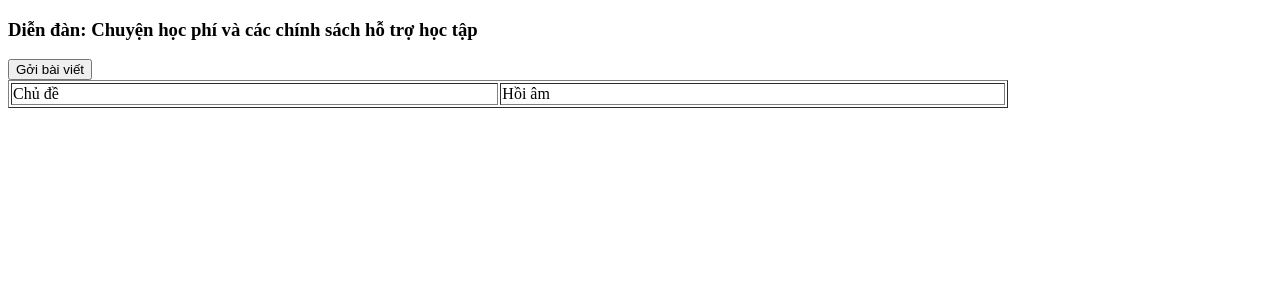
Repository: nguyenthanhnhan-st-961/GiuaKyChuyenDeWeb
Page: http://localhost/listTopics
The author's editor kept a copy of each file at every save. The page is drawn from the files as they stood at one save, then again after the next save.
The browser window is 1280 px wide. The pictures show the whole page.
The page is this project's Thymeleaf template; nobody is signed in. The template is opened directly, without the code that normally fills it, so the values that code supplies are empty.

Above is the page before, as saved 2023-04-12 00:56:21.

After the next save:
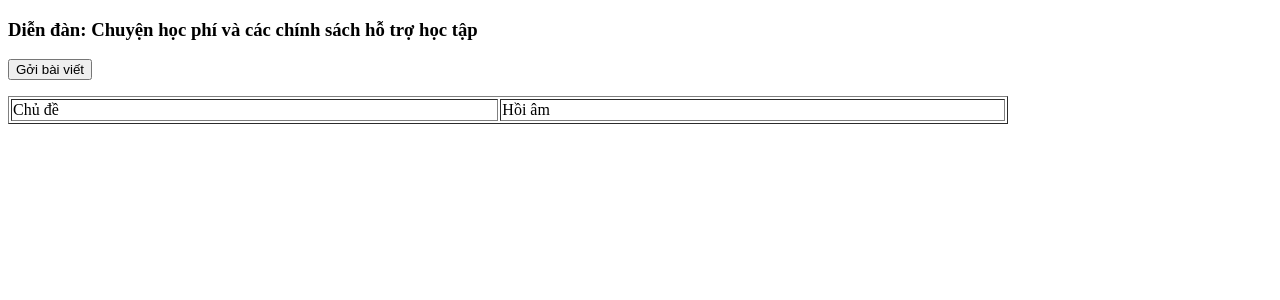
Saved 51 s later.
--- a/Forum/src/main/resources/templates/listTopics.html
+++ b/Forum/src/main/resources/templates/listTopics.html
@@ -7,7 +7,7 @@
 <body>
 	<h3>Diễn đàn: Chuyện học phí và các chính sách hỗ trợ học tập</h3>
 
-	<a href="#"><button type="button">Gởi bài viết</button></a>
+	<p> <a href="#"><button type="button">Gởi bài viết</button></a></p>
 
 	<table border="1" style="width:1000px">
 		<thead>
